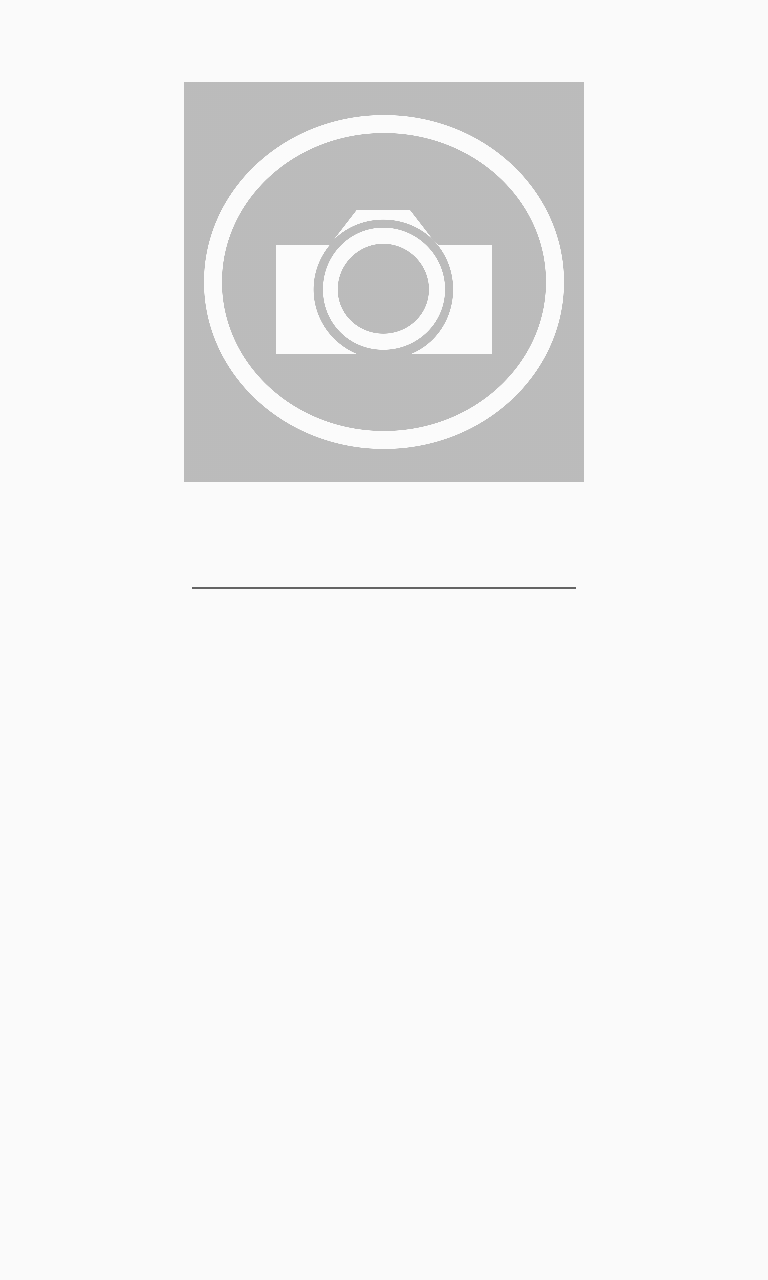
Repository: Sjaakja/hangman_app_studio
Layout: workspace/Hangman-TimeToSaveYourFriends/res/layout/fragment_my_condemned.xml
These files come from the project's save history. The layout is drawn as it stood at one moment and after the next save; the edit follows.
It is drawn on a 768 x 1280 px phone screen (xhdpi) without system bars, with theme AppTheme; the app's code is not run.

Above is the layout before, as saved 2014-06-11 10:01:08.

### workspace/Hangman-TimeToSaveYourFriends/res/layout/fragment_my_condemned.xml
<RelativeLayout xmlns:android="http://schemas.android.com/apk/res/android"
    xmlns:tools="http://schemas.android.com/tools"
    android:layout_width="match_parent"
    android:layout_height="match_parent"
    android:paddingBottom="@dimen/activity_vertical_margin"
    android:paddingLeft="@dimen/activity_horizontal_margin"
    android:paddingRight="@dimen/activity_horizontal_margin"
    android:paddingTop="@dimen/activity_vertical_margin"
    tools:context="com.example.hangman_timetosaveyourfriends.MyCondemned$PlaceholderFragment" >

    <ImageButton
        android:id="@+id/imageButton1"
        android:layout_width="200dp"
        android:layout_height="200dp"
        android:layout_centerHorizontal="true"
        android:layout_marginTop="25dp"
        android:background="@drawable/camera_icon" />

    <EditText
        android:id="@+id/editText1"
        android:layout_width="200dp"
        android:layout_height="wrap_content"
        android:layout_alignLeft="@+id/imageButton1"
        android:layout_below="@+id/imageButton1"
        android:layout_marginTop="20dp"
        android:ems="10"
        android:inputType="textPersonName" />

</RelativeLayout>

### workspace/Hangman-TimeToSaveYourFriends/res/values/strings.xml
<?xml version="1.0" encoding="utf-8"?>
<resources>

    <string name="app_name">Hangman - Time to save your friends</string>
    <string name="action_settings">Settings</string>
    <string name="test">Test</string>

    <string name="title_activity_play_settings">PlaySettings</string>
    	<string name="text_wrong_guesses">Maximum amount of wrong guesses</string>
    	<string name="text_word_length">Length of word</string>
    	<string name="text_choose_condemned">Choose your condemned</string>

    <string name="title_activity_play">Play</string>


    <string name="title_activity_my_condemned">MyCondemned</string>
    	<string name="add_condemned">Add Condemned</string>

    <string name="title_activity_highscores">Highscores</string>

</resources>

Loaded but not shown: workspace/Hangman-TimeToSaveYourFriends/res/values/styles.xml (common file); workspace/Hangman-TimeToSaveYourFriends/res/values-v11/styles.xml (common file); workspace/Hangman-TimeToSaveYourFriends/res/values-v14/styles.xml (common file); workspace/Hangman-TimeToSaveYourFriends/res/values/dimens.xml (common file); workspace/Hangman-TimeToSaveYourFriends/res/values-w820dp/dimens.xml (common file)

After the next save:
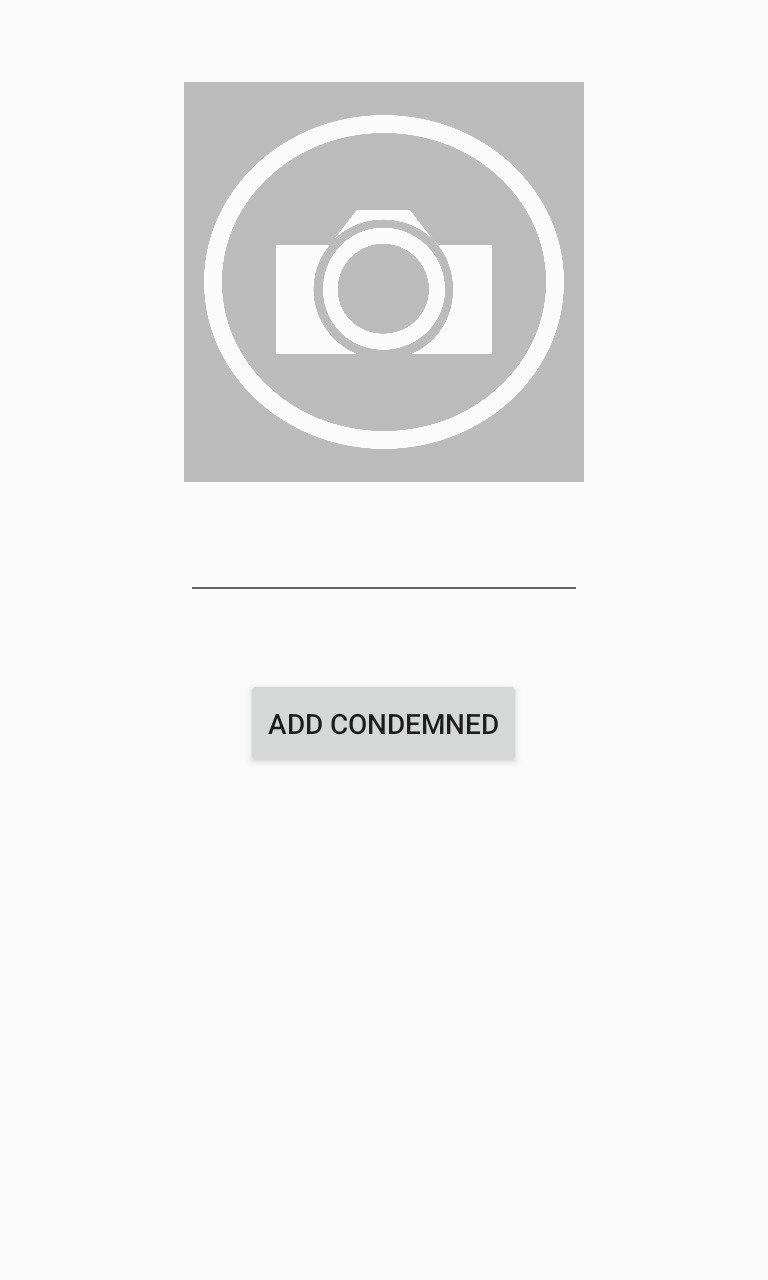
Saved 26 s later.
--- a/workspace/Hangman-TimeToSaveYourFriends/res/layout/fragment_my_condemned.xml
+++ b/workspace/Hangman-TimeToSaveYourFriends/res/layout/fragment_my_condemned.xml
@@ -26,4 +26,13 @@
         android:ems="10"
         android:inputType="textPersonName" />
 
+    <Button
+        android:id="@+id/button1"
+        android:layout_width="wrap_content"
+        android:layout_height="wrap_content"
+        android:layout_below="@+id/editText1"
+        android:layout_centerHorizontal="true"
+        android:layout_marginTop="35dp"
+        android:text="@string/add_condemned" />
+
 </RelativeLayout>
